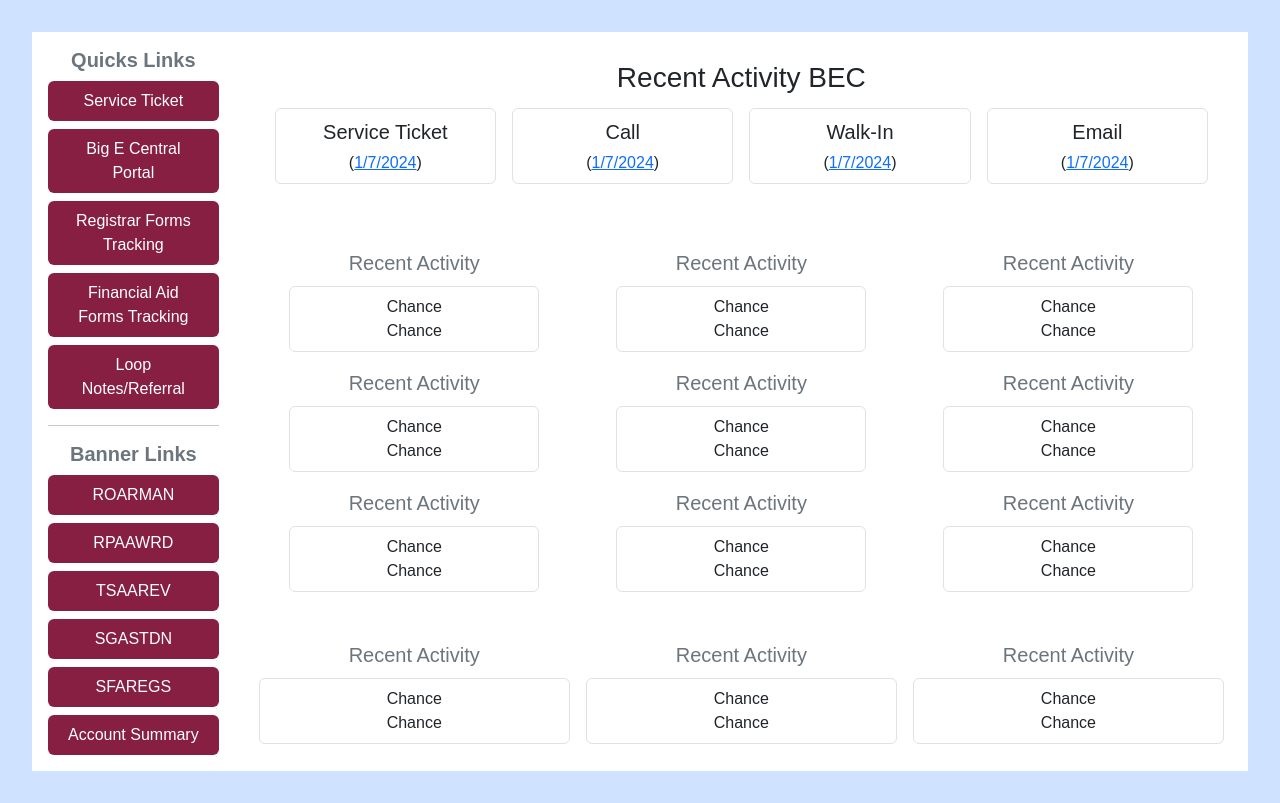
Repository: chancellor-w-whitaker/bec-tab
Page: /
An editor plug-in stored every save of this project. The page is shown before and after the next save, followed by the edit.
The browser window is 1280 px wide. The pictures show the whole page.
Some web fonts or font styles are not loaded; a fallback is used. The project was rebuilt for these pictures with package versions that can differ from the ones it lists, and the page was loaded fresh each time. Also part of the build but not shown: vite.config.js.

Above is the page before, as saved 2024-01-07 18:46:36.

### src/main.jsx
// Bootstrap Bundle JS
import "bootstrap/dist/js/bootstrap.bundle.min";
// Bootstrap CSS
import "bootstrap/dist/css/bootstrap.min.css";
import ReactDOM from "react-dom/client";
import React from "react";

import App from "./App.jsx";
import "./index.css";

ReactDOM.createRoot(document.getElementById("root")).render(
  <React.StrictMode>
    <App />
  </React.StrictMode>
);

### src/App.jsx
import { useEffect } from "react";

import "./App.css";

const genericSentences = [
  `It is a long established fact that a reader will be distracted by the readable content of a page when looking at its layout.`,
  `The point of using Lorem Ipsum is that it has a more-or-less normal distribution of letters, as opposed to using 'Content here, content here', making it look like readable English.`,
  `Many desktop publishing packages and web page editors now use Lorem Ipsum as their default model text, and a search for 'lorem ipsum' will uncover many web sites still in their infancy.`,
  `Various versions have evolved over the years, sometimes by accident, sometimes on purpose (injected humour and the like).`,
];

const ekuMaroon = "#861f41";

const SomeBlock = ({
  paragraph = genericSentences.slice(0, 1).map((sen) => sen),
  href = "https://www.eku.edu/",
  title = "Chancellor",
  date,
}) => {
  return (
    <div className="border rounded p-2 d-flex flex-column gap-1 col">
      <div className="fs-5">{title}</div>
      <span>
        (
        <a rel="noreferrer" target="_blank" href={href}>
          {date}
        </a>
        )
      </span>
    </div>
  );
};

const useBodyBgVariant = (bgVariant = "body-tertiary") => {
  useEffect(() => {
    document.body.classList.add(`bg-${bgVariant}`);

    return () => {
      document.body.classList.remove(`bg-${bgVariant}`);
    };
  }, [bgVariant]);
};

const Card = ({
  children = (
    <>
      <div>Chance</div>
      <div>Chance</div>
    </>
  ),
  title = "Recent Activity",
  width = 250,
}) => {
  return (
    <>
      <div className="d-flex flex-column gap-2 text-center" style={{ width }}>
        <div className="fs-5 text-secondary fw-medium">{title}</div>
        <div className="p-2 border rounded bg-white">{children}</div>
      </div>
    </>
  );
};

const NavItem = ({ href = "https://www.eku.edu/", ...rest }) => {
  return (
    <li className="nav-item">
      <a
        style={{ backgroundColor: ekuMaroon }}
        className="nav-link active"
        aria-current="page"
        rel="noreferrer"
        target="_blank"
        href={href}
        {...rest}
      ></a>
    </li>
  );
};

const Sidebar = () => {
  return (
    <>
      <div className="sidebar col-md-3 col-lg-2 p-3 bg-white">
        <div className="d-flex flex-column text-center">
          <div className="fs-5 mb-2 lh-sm fw-semibold text-secondary">
            Quicks Links
          </div>
          <ul className="nav nav-pills flex-column gap-2">
            <NavItem>Service Ticket</NavItem>
            <NavItem>Big E Central Portal</NavItem>
            <NavItem>Registrar Forms Tracking</NavItem>
            <NavItem>Financial Aid Forms Tracking</NavItem>
            <NavItem>Loop Notes/Referral</NavItem>
          </ul>
        </div>
        <hr></hr>
        <div className="d-flex flex-column text-center">
          <div className="fs-5 mb-2 lh-sm fw-semibold text-secondary">
            Banner Links
          </div>
          <ul className="nav nav-pills flex-column gap-2">
            <NavItem>ROARMAN</NavItem>
            <NavItem>RPAAWRD</NavItem>
            <NavItem>TSAAREV</NavItem>
            <NavItem>SGASTDN</NavItem>
            <NavItem>SFAREGS</NavItem>
            <NavItem>Account Summary</NavItem>
          </ul>
        </div>
      </div>
    </>
  );
};

const Main = () => {
  return (
    <>
      <div className="col-md-9 ms-sm-auto col-lg-10 px-md-4 py-3 bg-white">
        <div className="d-flex flex-column gap-5">
          {/* <div className="text-bg-light p-2"></div> */}
          {/* <Card width={"auto"}></Card> */}
          <div
            className="rounded text-center p-3 d-flex flex-column gap-3"
            style={{ borderColor: ekuMaroon, borderWidth: 2 }}
          >
            <div className="fs-3 lh-1">Recent Activity BEC</div>
            <div className="d-flex gap-3 flex-wrap">
              <SomeBlock title={"Service Ticket"} date={"1/7/2024"}></SomeBlock>
              <SomeBlock date={"1/7/2024"} title={"Call"}></SomeBlock>
              <SomeBlock date={"1/7/2024"} title={"Walk-In"}></SomeBlock>
              <SomeBlock date={"1/7/2024"} title={"Email"}></SomeBlock>
            </div>
          </div>
          <div className="d-flex flex-row flex-wrap justify-content-around gap-3">
            <Card></Card>
            <Card></Card>
            <Card></Card>
            <Card></Card>
            <Card></Card>
            <Card></Card>
            <Card></Card>
            <Card></Card>
            <Card></Card>
          </div>
          <div className="d-flex flex-row gap-3">
            <Card width="100%"></Card>
            <Card width="100%"></Card>
            <Card width="100%"></Card>
          </div>
        </div>
      </div>
    </>
  );
};

const App = () => {
  useBodyBgVariant("primary-subtle");

  return (
    <div className="container-fluid">
      <div className="row">
        <Sidebar></Sidebar>
        <Main></Main>
      </div>
    </div>
  );
};

export default App;

### src/index.css
@font-face {
  font-family: poppins;
  font-style: normal;
  font-weight: 400;
  src: local("Poppins"),
    url(https://fonts.cdnfonts.com/s/16009/Poppins-Regular.woff) format("woff");
}
@font-face {
  font-family: poppins;
  font-style: normal;
  font-weight: 400;
  src: local("Poppins"),
    url(https://fonts.cdnfonts.com/s/16009/Poppins-Regular.woff) format("woff");
}
@font-face {
  font-family: poppins;
  font-style: italic;
  font-weight: 400;
  src: local("Poppins"),
    url(https://fonts.cdnfonts.com/s/16009/Poppins-Italic.woff) format("woff");
}
@font-face {
  font-family: poppins;
  font-style: italic;
  font-weight: 400;
  src: local("Poppins"),
    url(https://fonts.cdnfonts.com/s/16009/Poppins-Italic.woff) format("woff");
}
@font-face {
  font-family: poppins;
  font-style: normal;
  font-weight: 250;
  src: local("Poppins"),
    url(https://fonts.cdnfonts.com/s/16009/Poppins-Thin.woff) format("woff");
}
@font-face {
  font-family: poppins;
  font-style: normal;
  font-weight: 250;
  src: local("Poppins"),
    url(https://fonts.cdnfonts.com/s/16009/Poppins-Thin.woff) format("woff");
}
@font-face {
  font-family: poppins;
  font-style: italic;
  font-weight: 250;
  src: local("Poppins"),
    url(https://fonts.cdnfonts.com/s/16009/Poppins-ThinItalic.woff)
      format("woff");
}
@font-face {
  font-family: poppins;
  font-style: italic;
  font-weight: 250;
  src: local("Poppins"),
    url(https://fonts.cdnfonts.com/s/16009/Poppins-ThinItalic.woff)
      format("woff");
}
@font-face {
  font-family: poppins;
  font-style: normal;
  font-weight: 275;
  src: local("Poppins"),
    url(https://fonts.cdnfonts.com/s/16009/Poppins-ExtraLight.woff)
      format("woff");
}
@font-face {
  font-family: poppins;
  font-style: normal;
  font-weight: 275;
  src: local("Poppins"),
    url(https://fonts.cdnfonts.com/s/16009/Poppins-ExtraLight.woff)
      format("woff");
}
@font-face {
  font-family: poppins;
  font-style: italic;
  font-weight: 275;
  src: local("Poppins"),
    url(https://fonts.cdnfonts.com/s/16009/Poppins-ExtraLightItalic.woff)
      format("woff");
}
@font-face {
  font-family: poppins;
  font-style: italic;
  font-weight: 275;
  src: local("Poppins"),
    url(https://fonts.cdnfonts.com/s/16009/Poppins-ExtraLightItalic.woff)
      format("woff");
}
@font-face {
  font-family: poppins;
  font-style: normal;
  font-weight: 300;
  src: local("Poppins"),
    url(https://fonts.cdnfonts.com/s/16009/Poppins-Light.woff) format("woff");
}
@font-face {
  font-family: poppins;
  font-style: normal;
  font-weight: 300;
  src: local("Poppins"),
    url(https://fonts.cdnfonts.com/s/16009/Poppins-Light.woff) format("woff");
}
@font-face {
  font-family: poppins;
  font-style: italic;
  font-weight: 300;
  src: local("Poppins"),
    url(https://fonts.cdnfonts.com/s/16009/Poppins-LightItalic.woff)
      format("woff");
}
@font-face {
  font-family: poppins;
  font-style: italic;
  font-weight: 300;
  src: local("Poppins"),
    url(https://fonts.cdnfonts.com/s/16009/Poppins-LightItalic.woff)
      format("woff");
}
@font-face {
  font-family: poppins;
  font-style: normal;
  font-weight: 500;
  src: local("Poppins"),
    url(https://fonts.cdnfonts.com/s/16009/Poppins-Medium.woff) format("woff");
}
@font-face {
  font-family: poppins;
  font-style: normal;
  font-weight: 500;
  src: local("Poppins"),
    url(https://fonts.cdnfonts.com/s/16009/Poppins-Medium.woff) format("woff");
}
@font-face {
  font-family: poppins;
  font-style: italic;
  font-weight: 500;
  src: local("Poppins"),
    url(https://fonts.cdnfonts.com/s/16009/Poppins-MediumItalic.woff)
      format("woff");
}
@font-face {
  font-family: poppins;
  font-style: italic;
  font-weight: 500;
  src: local("Poppins"),
    url(https://fonts.cdnfonts.com/s/16009/Poppins-MediumItalic.woff)
      format("woff");
}
@font-face {
  font-family: poppins;
  font-style: normal;
  font-weight: 600;
  src: local("Poppins"),
    url(https://fonts.cdnfonts.com/s/16009/Poppins-SemiBold.woff) format("woff");
}
@font-face {
  font-family: poppins;
  font-style: normal;
  font-weight: 600;
  src: local("Poppins"),
    url(https://fonts.cdnfonts.com/s/16009/Poppins-SemiBold.woff) format("woff");
}
@font-face {
  font-family: poppins;
  font-style: italic;
  font-weight: 600;
  src: local("Poppins"),
    url(https://fonts.cdnfonts.com/s/16009/Poppins-SemiBoldItalic.woff)
      format("woff");
}
@font-face {
  font-family: poppins;
  font-style: italic;
  font-weight: 600;
  src: local("Poppins"),
    url(https://fonts.cdnfonts.com/s/16009/Poppins-SemiBoldItalic.woff)
      format("woff");
}
@font-face {
  font-family: poppins;
  font-style: normal;
  font-weight: 700;
  src: local("Poppins"),
    url(https://fonts.cdnfonts.com/s/16009/Poppins-Bold.woff) format("woff");
}
@font-face {
  font-family: poppins;
  font-style: normal;
  font-weight: 700;
  src: local("Poppins"),
    url(https://fonts.cdnfonts.com/s/16009/Poppins-Bold.woff) format("woff");
}
@font-face {
  font-family: poppins;
  font-style: italic;
  font-weight: 700;
  src: local("Poppins"),
    url(https://fonts.cdnfonts.com/s/16009/Poppins-BoldItalic.woff)
      format("woff");
}
@font-face {
  font-family: poppins;
  font-style: italic;
  font-weight: 700;
  src: local("Poppins"),
    url(https://fonts.cdnfonts.com/s/16009/Poppins-BoldItalic.woff)
      format("woff");
}
@font-face {
  font-family: poppins;
  font-style: normal;
  font-weight: 800;
  src: local("Poppins"),
    url(https://fonts.cdnfonts.com/s/16009/Poppins-ExtraBold.woff)
      format("woff");
}
@font-face {
  font-family: poppins;
  font-style: normal;
  font-weight: 800;
  src: local("Poppins"),
    url(https://fonts.cdnfonts.com/s/16009/Poppins-ExtraBold.woff)
      format("woff");
}
@font-face {
  font-family: poppins;
  font-style: italic;
  font-weight: 800;
  src: local("Poppins"),
    url(https://fonts.cdnfonts.com/s/16009/Poppins-ExtraBoldItalic.woff)
      format("woff");
}
@font-face {
  font-family: poppins;
  font-style: italic;
  font-weight: 800;
  src: local("Poppins"),
    url(https://fonts.cdnfonts.com/s/16009/Poppins-ExtraBoldItalic.woff)
      format("woff");
}
@font-face {
  font-family: poppins;
  font-style: normal;
  font-weight: 900;
  src: local("Poppins"),
    url(https://fonts.cdnfonts.com/s/16009/Poppins-Black.woff) format("woff");
}
@font-face {
  font-family: poppins;
  font-style: normal;
  font-weight: 900;
  src: local("Poppins"),
    url(https://fonts.cdnfonts.com/s/16009/Poppins-Black.woff) format("woff");
}
@font-face {
  font-family: poppins;
  font-style: italic;
  font-weight: 900;
  src: local("Poppins"),
    url(https://fonts.cdnfonts.com/s/16009/Poppins-BlackItalic.woff)
      format("woff");
}
@font-face {
  font-family: poppins;
  font-style: italic;
  font-weight: 900;
  src: local("Poppins"),
    url(https://fonts.cdnfonts.com/s/16009/Poppins-BlackItalic.woff)
      format("woff");
}

:root,
[data-bs-theme="light"] {
  --bs-font-sans-serif: "Poppins", sans-serif;

  --bs-box-shadow: 0px 3px 3px -2px rgba(0, 0, 0, 0.2),
    0px 3px 4px 0px rgba(0, 0, 0, 0.14), 0px 1px 8px 0px rgba(0, 0, 0, 0.12);
  --bs-box-shadow-sm: 0px 3px 1px -2px rgba(0, 0, 0, 0.2),
    0px 2px 2px 0px rgba(0, 0, 0, 0.14), 0px 1px 5px 0px rgba(0, 0, 0, 0.12);
  --bs-box-shadow-lg: 0px 2px 4px -1px rgba(0, 0, 0, 0.2),
    0px 4px 5px 0px rgba(0, 0, 0, 0.14), 0px 1px 10px 0px rgba(0, 0, 0, 0.12);
}

Loaded but not shown: index.html (common file); src/App.css (common file)

After the next save:
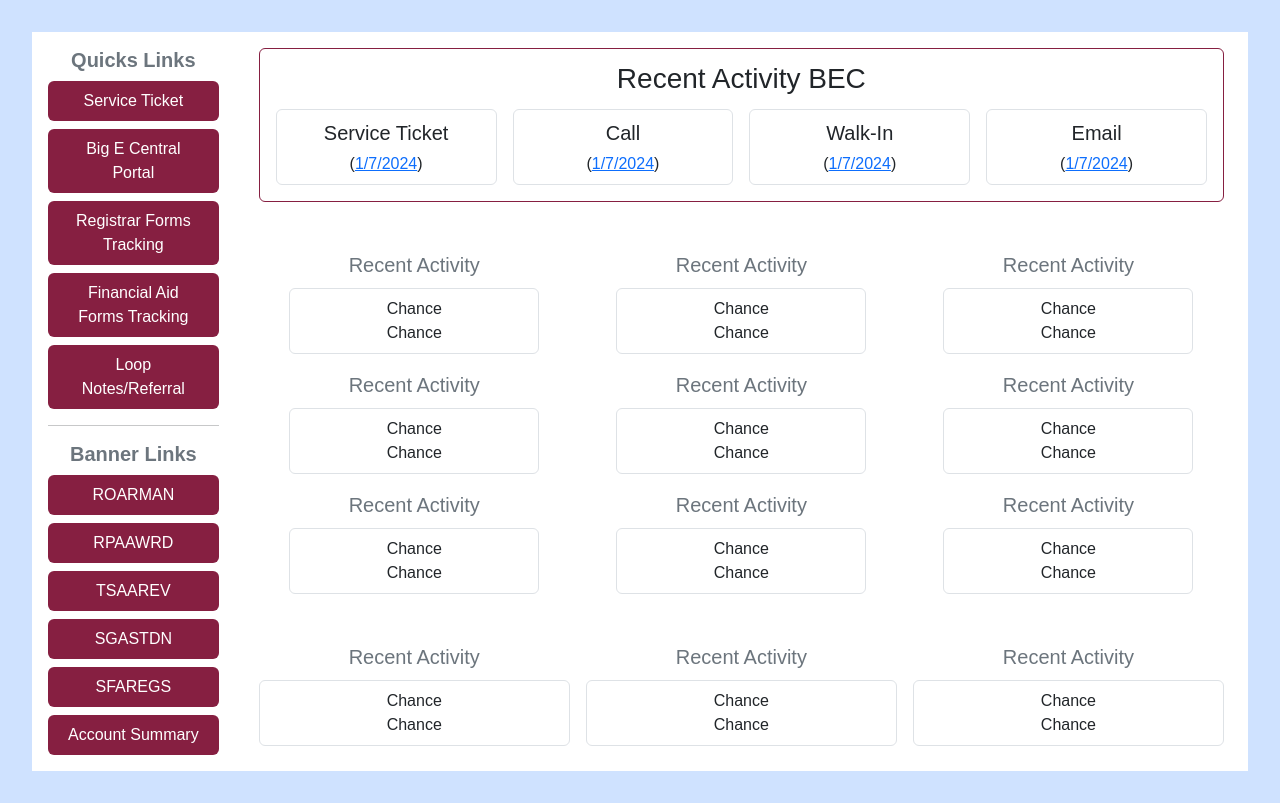
Saved 27 s later.
--- a/src/App.jsx
+++ b/src/App.jsx
@@ -121,7 +121,7 @@ const Main = () => {
           {/* <Card width={"auto"}></Card> */}
           <div
             className="rounded text-center p-3 d-flex flex-column gap-3"
-            style={{ borderColor: ekuMaroon, borderWidth: 2 }}
+            style={{ border: `1px solid ${ekuMaroon}` }}
           >
             <div className="fs-3 lh-1">Recent Activity BEC</div>
             <div className="d-flex gap-3 flex-wrap">
